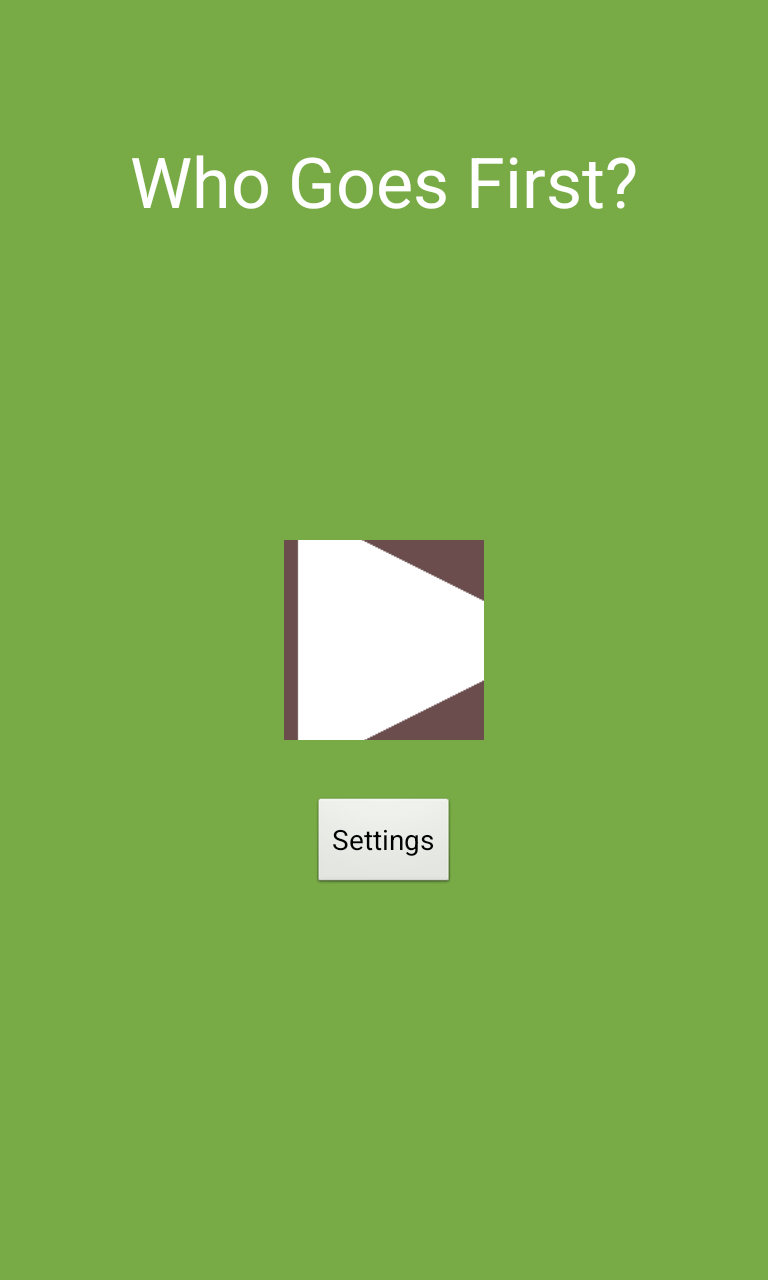
Repository: DarwinLYang/WhoGoesFirstApp
Layout: Who First/WhoFirst/res/layout/fragment_main.xml
These files come from the project's save history. The layout is drawn as it stood at one moment and after the next save; the edit follows.
It is drawn on a 768 x 1280 px phone screen (xhdpi) without system bars, with theme android:Theme.NoTitleBar.Fullscreen; the app's code is not run.

Above is the layout before, as saved 2014-04-11 21:25:44.

After the next save:
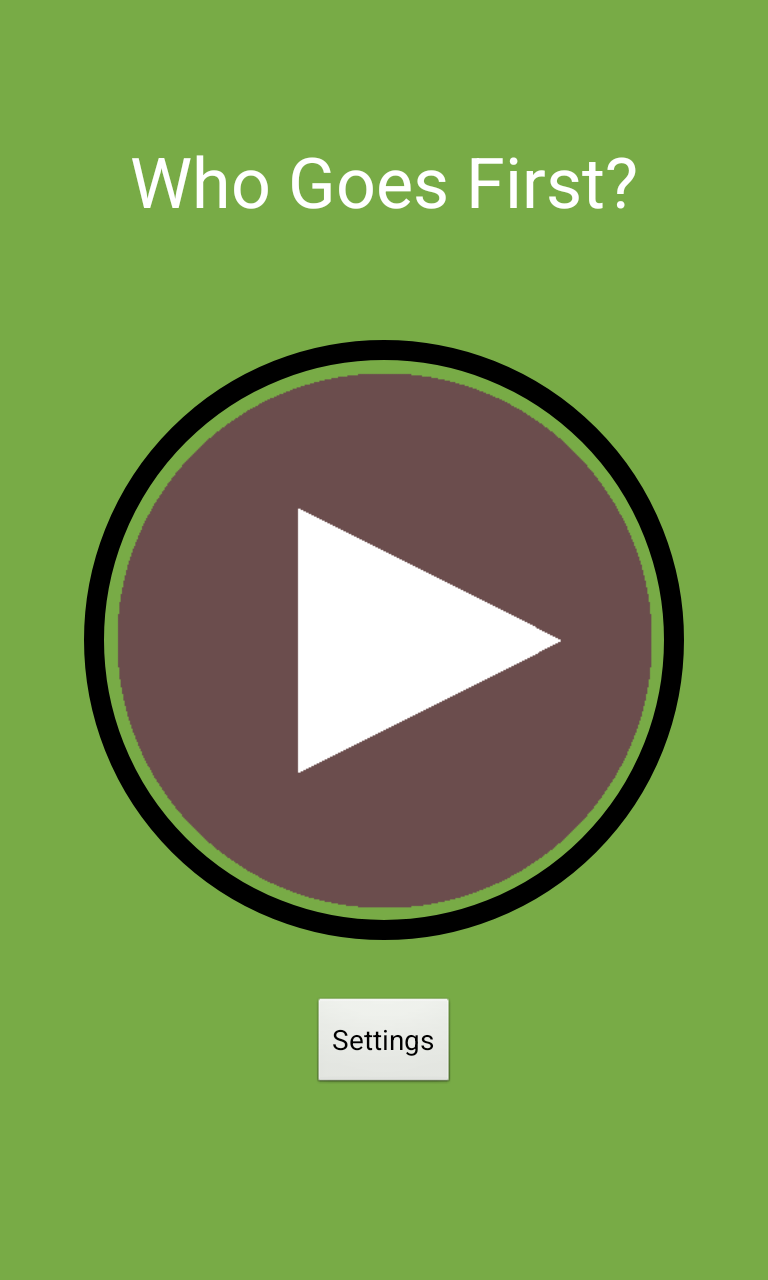
Saved 29 s later.
--- a/Who First/WhoFirst/res/layout/fragment_main.xml
+++ b/Who First/WhoFirst/res/layout/fragment_main.xml
@@ -19,16 +19,16 @@
 
     <ImageButton
         android:id="@+id/questionButton"
-        android:layout_width="100dp"
-        android:layout_height="100dp"
+        android:layout_width="300dip"
+        android:layout_height="300dip"
         android:layout_centerHorizontal="true"
         android:layout_centerVertical="true"
         android:adjustViewBounds="true"
         android:background="@drawable/round_button"
         android:contentDescription="@string/description_main_button"
         android:gravity="center_vertical|center_horizontal"
-        android:onClick="questionScreen"
-        android:src="@drawable/start_button" />
+        android:src="@drawable/start_button"
+        android:onClick="questionScreen" />
 
     <Button
         android:id="@+id/settingsButton"
